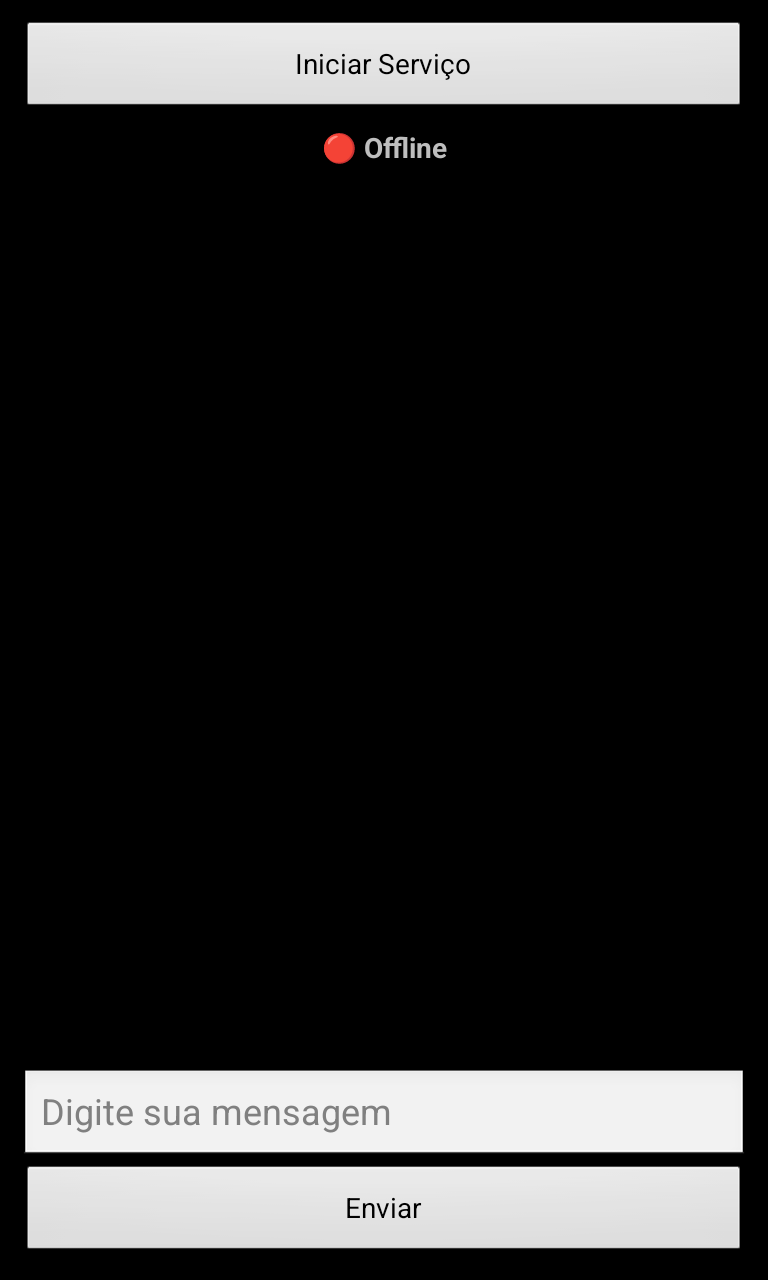
Repository: JoelmirMoura/AppMensagem
Layout: Mensagem/res/layout/main.xml
These files come from the project's save history. The layout is drawn as it stood at one moment and after the next save; the edit follows.
It is drawn on a 768 x 1280 px phone screen (xhdpi) without system bars, with theme android:Theme; the app's code is not run.

Above is the layout before, as saved 2026-04-27 10:34:00.

### Mensagem/res/layout/main.xml
<LinearLayout xmlns:android="http://schemas.android.com/apk/res/android"
    android:orientation="vertical"
    android:padding="10dp"
    android:layout_width="fill_parent"
    android:layout_height="fill_parent">

    <!-- 🔹 BOTÃO ÚNICO -->
    <Button
        android:id="@+id/btnServidor"
        android:layout_width="fill_parent"
        android:layout_height="wrap_content"
        android:text="Iniciar Serviço" />

    <!-- 🔥 STATUS -->
    <TextView
        android:id="@+id/txtStatus"
        android:layout_width="fill_parent"
        android:layout_height="wrap_content"
        android:text="🔴 Offline"
        android:padding="6dp"
        android:gravity="center"
        android:textStyle="bold" />

    <!-- 🔥 ÁREA DO CHAT -->
    <ScrollView
        android:id="@+id/scrollChat"
        android:layout_width="fill_parent"
        android:layout_height="0dp"
        android:layout_weight="1"
        android:fillViewport="true">

        <LinearLayout
            android:id="@+id/chatContainer"
            android:layout_width="fill_parent"
            android:layout_height="wrap_content"
            android:orientation="vertical"
            android:padding="10dp" />

    </ScrollView>

    <!-- 🔹 DIGITAÇÃO -->
    <EditText
        android:id="@+id/editMensagem"
        android:layout_width="fill_parent"
        android:layout_height="wrap_content"
        android:hint="Digite sua mensagem"
        android:singleLine="true"
        android:layout_marginTop="8dp" />

    <!-- 🔹 ENVIAR -->
    <Button
        android:id="@+id/btnEnviar"
        android:layout_width="fill_parent"
        android:layout_height="wrap_content"
        android:text="Enviar" />

</LinearLayout>

After the next save:
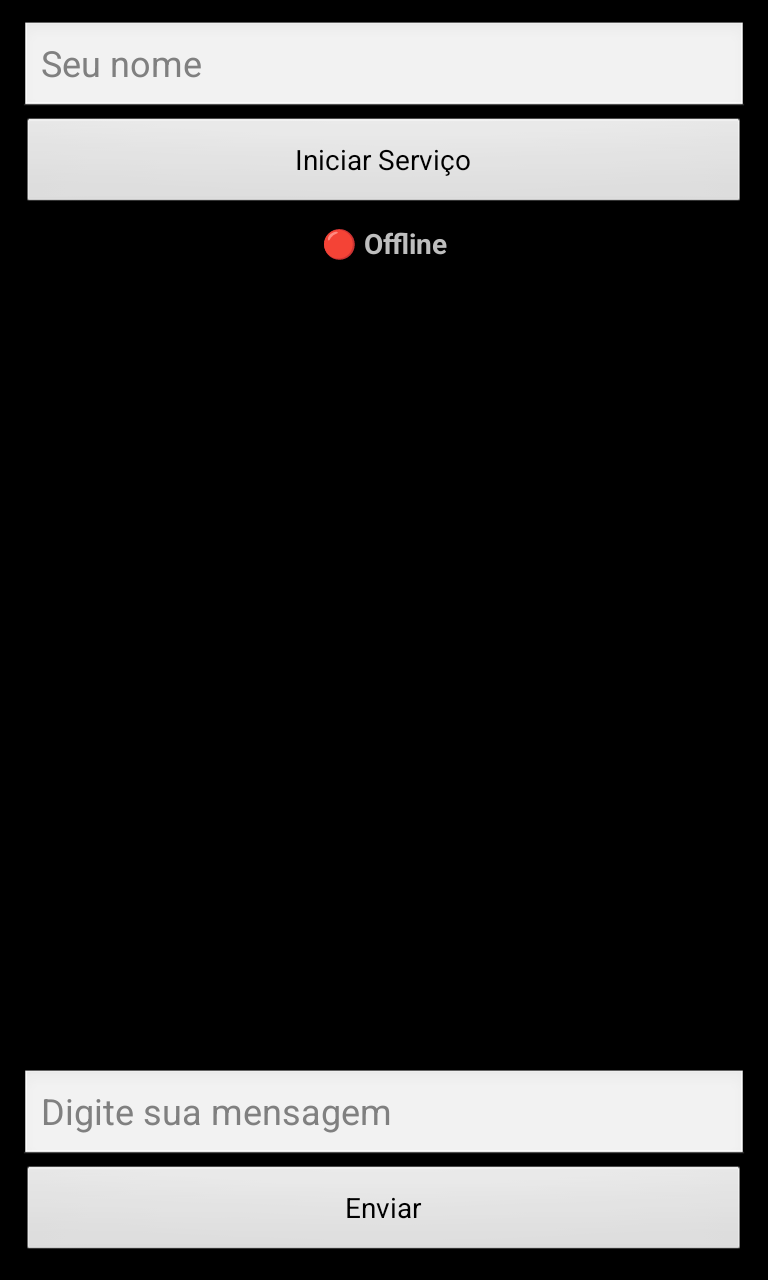
Saved 47 min 6 s later.
--- a/Mensagem/res/layout/main.xml
+++ b/Mensagem/res/layout/main.xml
@@ -4,6 +4,12 @@
     android:layout_width="fill_parent"
     android:layout_height="fill_parent">
 
+
+	<EditText
+    	android:id="@+id/editNome"
+    	android:layout_width="match_parent"
+    	android:layout_height="wrap_content"
+    	android:hint="Seu nome"/>
     <!-- 🔹 BOTÃO ÚNICO -->
     <Button
         android:id="@+id/btnServidor"
